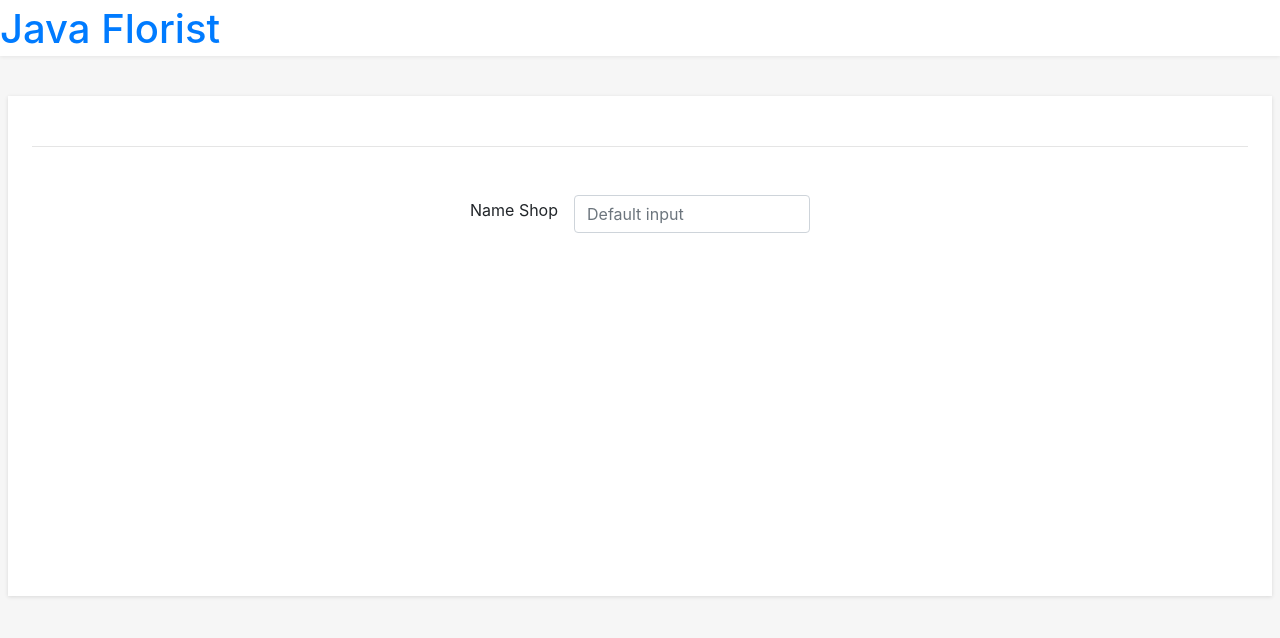
Repository: hienttm/flower-java-florist
Page: JavaFlorist/JavaFlorist/wwwroot/BecomePartner/index.html
The author's editor kept a copy of each file at every save. The page is drawn from the files as they stood at one save, then again after the next save.
The browser window is 1280 px wide. The pictures show the whole page.
Some web libraries are served in a nearby version.

Above is the page before, as saved 2023-12-29 17:49:02.

After the next save:
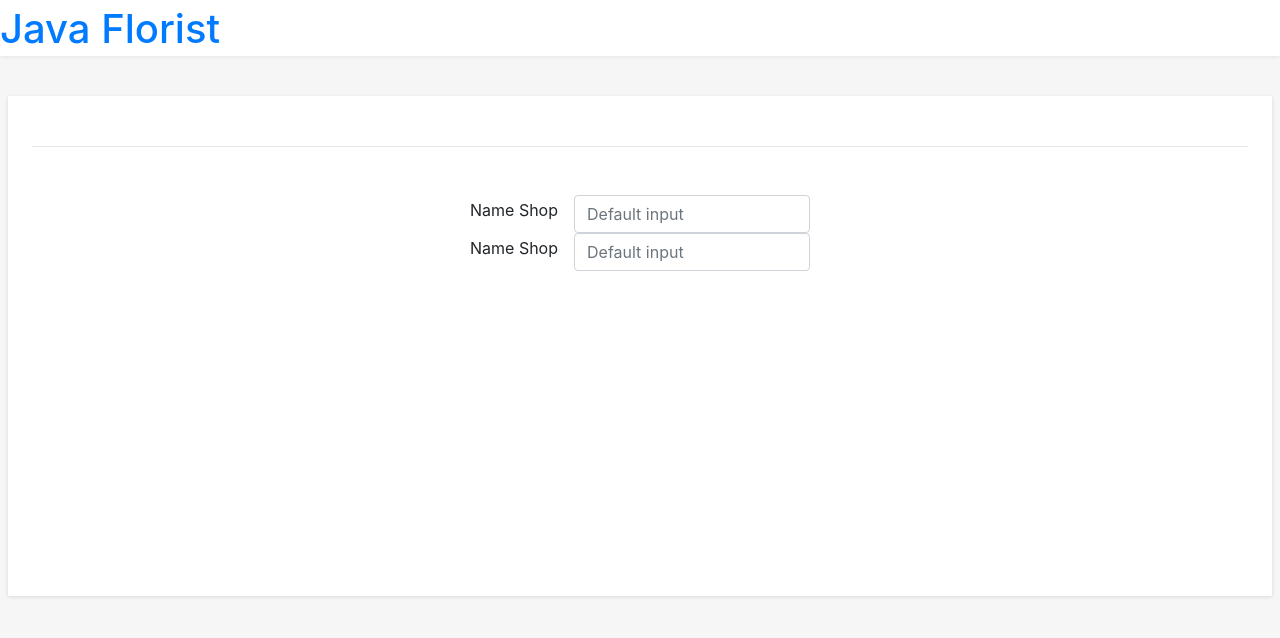
Saved 35 s later.
--- a/JavaFlorist/JavaFlorist/wwwroot/BecomePartner/index.html
+++ b/JavaFlorist/JavaFlorist/wwwroot/BecomePartner/index.html
@@ -34,6 +34,11 @@
                                     <label class="pr-3" for="">Name Shop</label>
                                     <input class="form-control w-25" type="text" placeholder="Default input">
                                 </div>
+
+                                <div class="onboarding-form-item d-flex align-items-center justify-content-center">
+                                    <label class="pr-3" for="">Name Shop</label>
+                                    <input class="form-control w-25" type="text" placeholder="Default input">
+                                </div>
                             </form>
                         </div>
                     </div>
